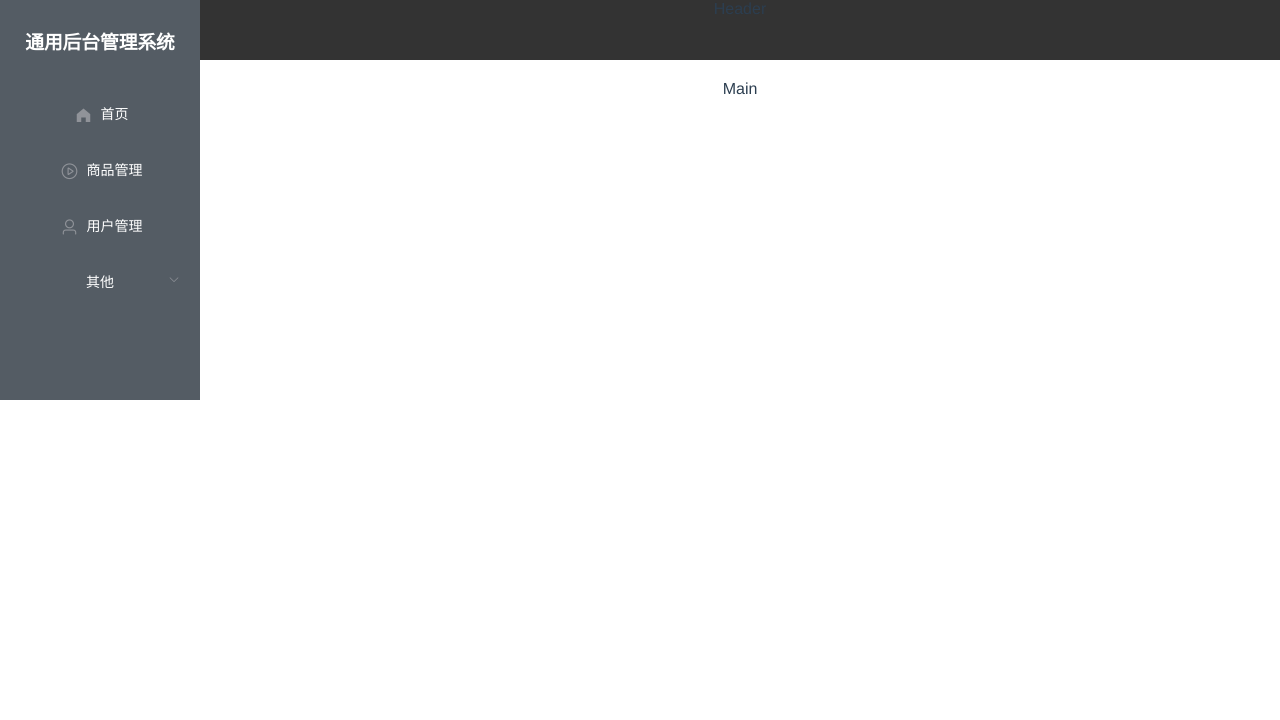
Repository: zhangwen001208/cmd
Page: /
The author's editor kept a copy of each file at every save. The page is drawn from the files as they stood at one save, then again after the next save.
The browser window is 1280 px wide. The pictures show the whole page.
The project was rebuilt for these pictures with package versions that can differ from the ones it lists, and the page was loaded fresh each time. Also part of the build but not shown: vue.config.js.

Above is the page before, as saved 2022-08-24 17:30:33.

After the next save:
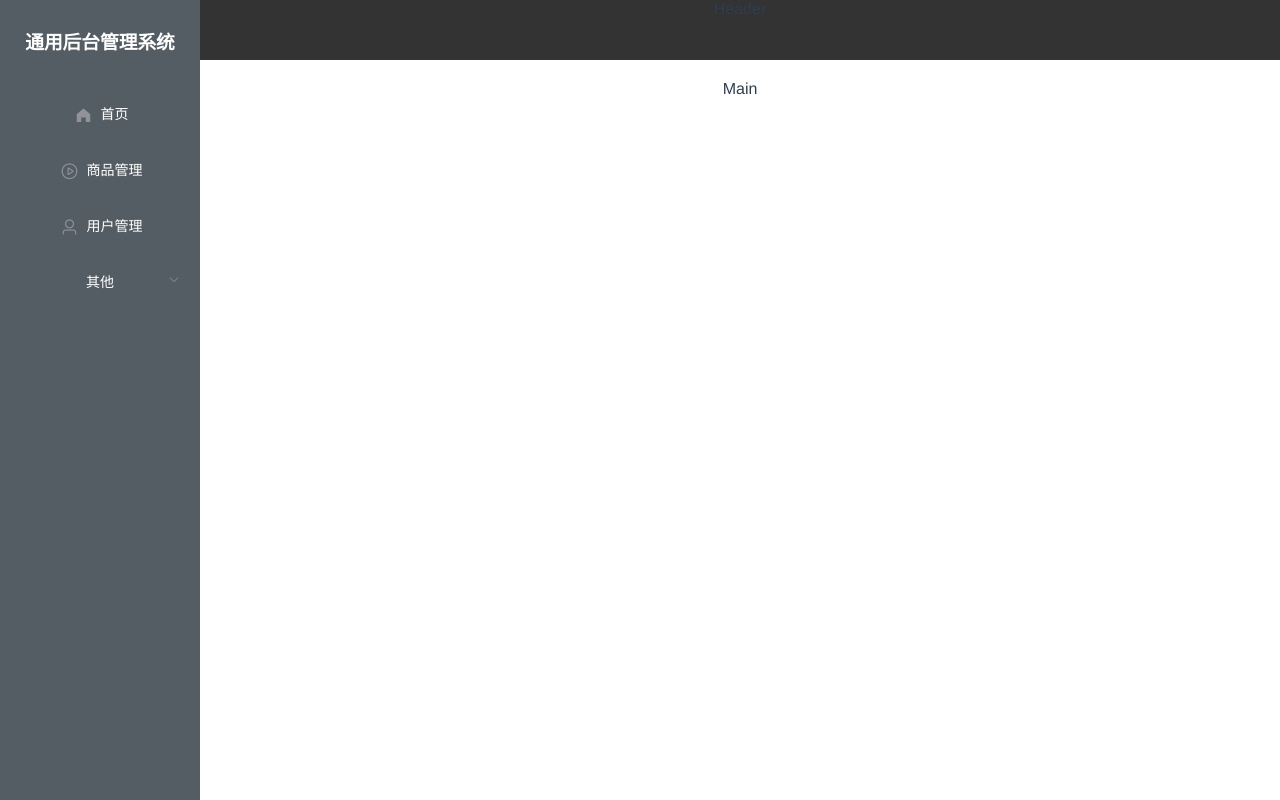
Saved 2 min 58 s later.
--- a/src/components/HomeAside.vue
+++ b/src/components/HomeAside.vue
@@ -111,7 +111,7 @@ export default {
 <style lang="less" scoped>
   .el-menu-vertical-demo:not(.el-menu--collapse) {
     width: 200px;
-    min-height: 400px;
+    min-height: 800px;
 
   }
   .el-menu {
